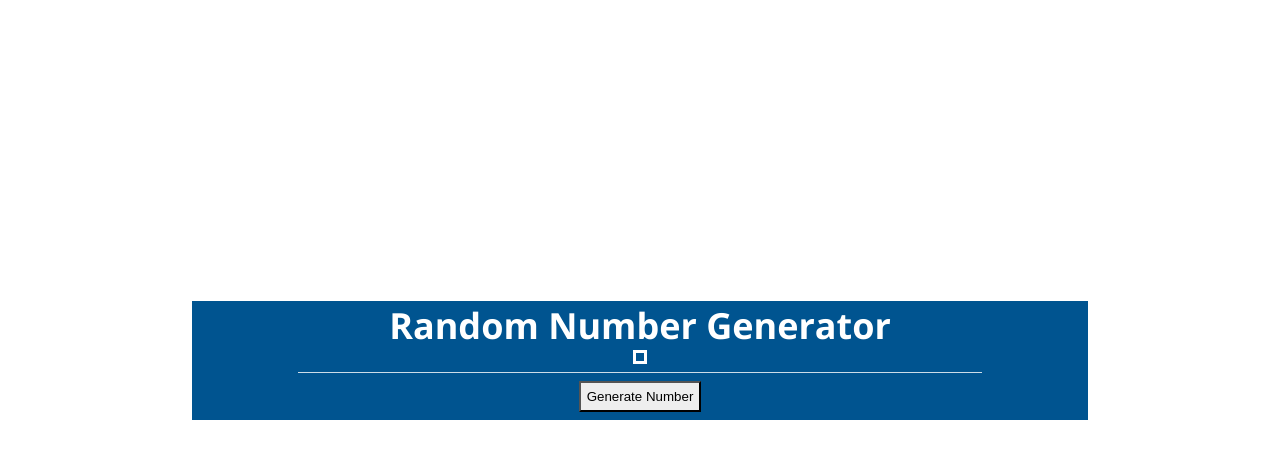
Repository: fakebrianho/100daysJS
Page: day002/index.html
An editor plug-in stored every save of this project. The page is shown before and after the next save, followed by the edit.
The browser window is 1280 px wide. The pictures show the whole page.
Some web libraries are served in a nearby version.

Above is the page before, as saved 2023-03-21 19:35:52.

### day002/index.html
<!DOCTYPE html>
<html lang="en">

<head>
  <meta charset="UTF-8" />
  <meta name="viewport" content="width=device-width, initial-scale=1.0" />
  <title>Document</title>
  <script src="https://kit.fontawesome.com/1935d064dd.js" crossorigin="anonymous"></script>
  <link rel="stylesheet" href="styles.css" />
</head>

<body>
  <main>
    <section class='container'>
      <h1 class='title'>Random Number Generator</h1>
      <div class='number'>
      </div>
      <div class='divider'></div>
      <button class='generate'>Generate Number</button>
    </section>
  </main>

  <script src="script.js"></script>
</body>

</html>

### day002/styles.css
@import url('https://fonts.googleapis.com/css2?family=Open+Sans:wght@300;400;600;700&display=swap');

:root {
	--white: #fff;
	--black: #1c2b2d;
	--blue: #31326f;
	--light-blue: #005490;
	--color-primary: #9d0191;
	--color-sec: #db6400;
	--grey: #eee;
	--dark-grey: #222831;
}

* {
	margin: 0;
	padding: 0;
	box-sizing: border-box;
}

html {
	font-size: 24px;
}

body {
	font-family: 'Open Sans', sans-serif;
}

p {
	font-size: 1.6rem;
	line-height: 1.5;
}

img {
	width: 100%;
}

main {
	width: 100vw;
	height: 100vh;
	display: flex;
	justify-content: center;
	align-items: center;
	color: white;
}

.container {
	width: 70%;
	max-width: 900px;
	display: flex;
	justify-content: center;
	align-items: center;
	flex-direction: column;
	margin: 0 auto;
	padding: 0 20px;
	background-color: var(--light-blue);
}

.generate {
	background-color: var(--grey);
	color: black;
	padding: 6px;
	margin-bottom: 8px;
}

.number {
	box-sizing: border-box;
	border-color: white;
	border-style: solid;
	padding: 4px;
	/* border-radius: 3px;
	border: 2px; */
}

.divider {
	background-color: white;
	margin: 8px 0px;
	width: 80%;
	opacity: 80%;
	height: 1px;
}

### day002/script.js
const generate = () => {
	const rng = document.querySelector('.generate')
	const number = document.querySelector('.number')
	rng.addEventListener('click', () => {
		number.innerHTML = Math.floor(Math.random() * 100)
	})
}
generate()

After the next save:
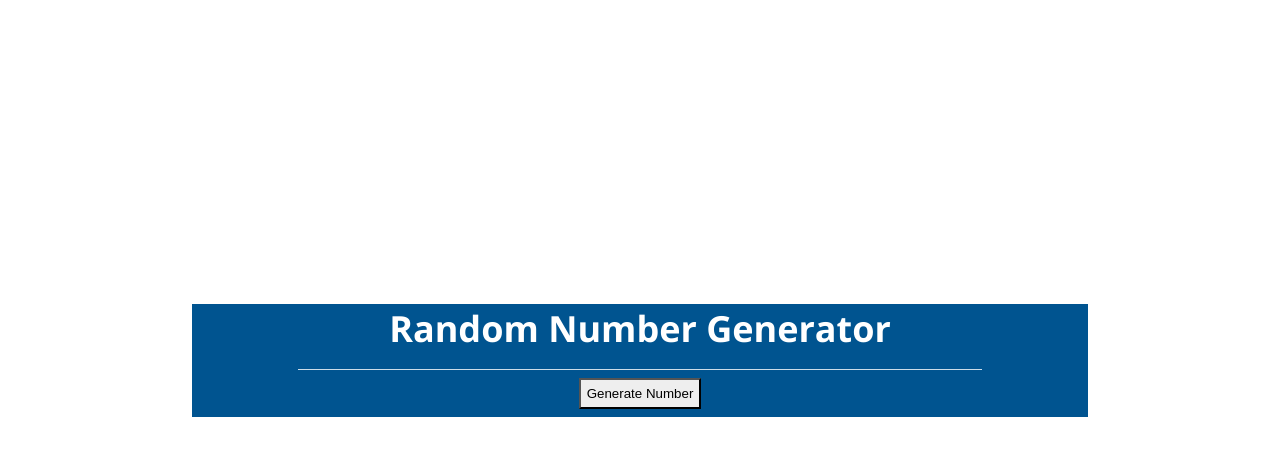
Saved 8 s later.
--- a/day002/styles.css
+++ b/day002/styles.css
@@ -67,7 +67,7 @@
 	border-color: white;
 	border-style: solid;
 	padding: 4px;
-	/* border-radius: 3px;
+	/* /* border-radius: 3px; */
 	border: 2px; */
 }
 

After the save that followed:
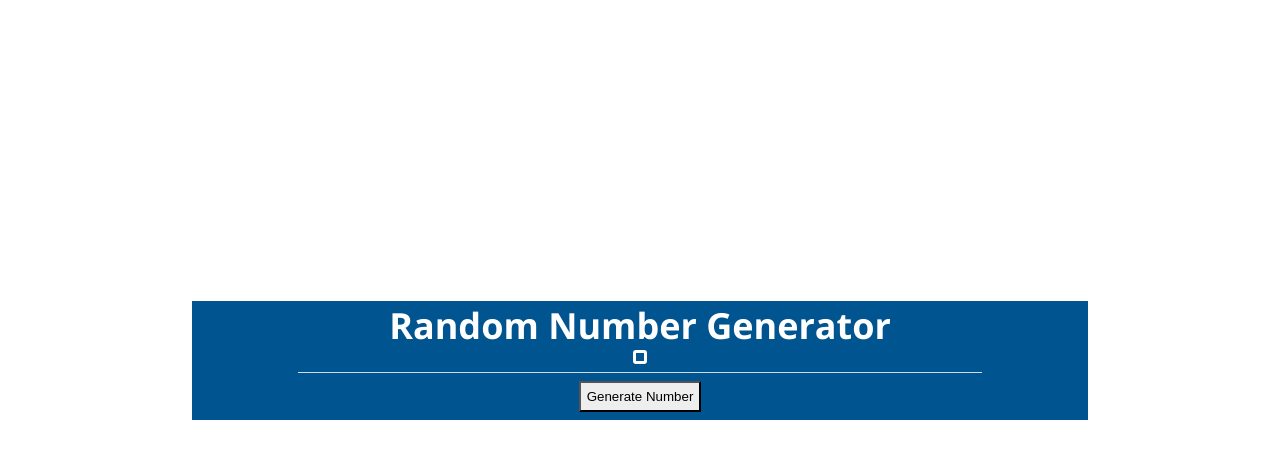
Saved 11 s later.
--- a/day002/styles.css
+++ b/day002/styles.css
@@ -67,8 +67,8 @@
 	border-color: white;
 	border-style: solid;
 	padding: 4px;
-	/* /* border-radius: 3px; */
-	border: 2px; */
+	border-radius: 3px;
+	/* border: 2px; */
 }
 
 .divider {
